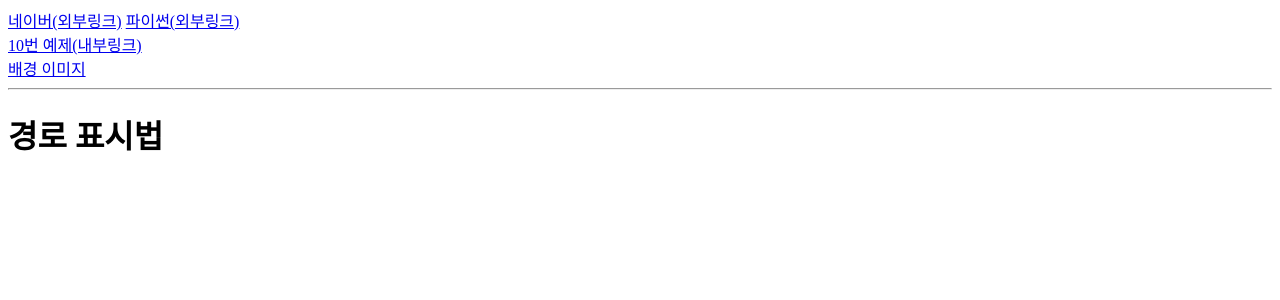
Repository: Chun0903/classStudy_github.io
Page: client/ClientTest/WebContent/ex11_link.html
The author's editor kept a copy of each file at every save. The page is drawn from the files as they stood at one save, then again after the next save.
The browser window is 1280 px wide. The pictures show the whole page.

Above is the page before, as saved 2020-06-19 02:06:06.

### client/ClientTest/WebContent/ex11_link.html
<!DOCTYPE html>
<html>
<head>
<meta charset="UTF-8">
<title>Insert title here</title>
</head>
<body>

	<!--

		링크, Link
		-<a> 태그, anchor(닻), link

		링크 속성
		- href: 이동할 URL, Reference a Hyperlink
			-href의 대상
				a. HTML 페이지
				b. 이미지
				c. 문서
				d. 압축 파일
				e. 동영상...


	 -->

	<a href="http://naver.com">네이버(외부링크)</a>
	<a href="http://python.org">파이썬(외부링크)</a>
	<br>
	<a href="ex10_list.html">10번 예제(내부링크)</a>
	<br>
	<a href="images/고양이2.jpg">배경 이미지</a>

	<hr>

	<h1>경로 표시법</h1>

	<!--

		1. 절대 경로
			- 어디에서 사용하던지 항상 기준이 같은 경로 표기변
		2. 상대 경로
			- 어디에서 사용하느냐에 따라 기준이 다른 경로 표기법
		3. 외부 경로
		4. 로컬 경로


	 -->

</body>
</html>

After the next save:
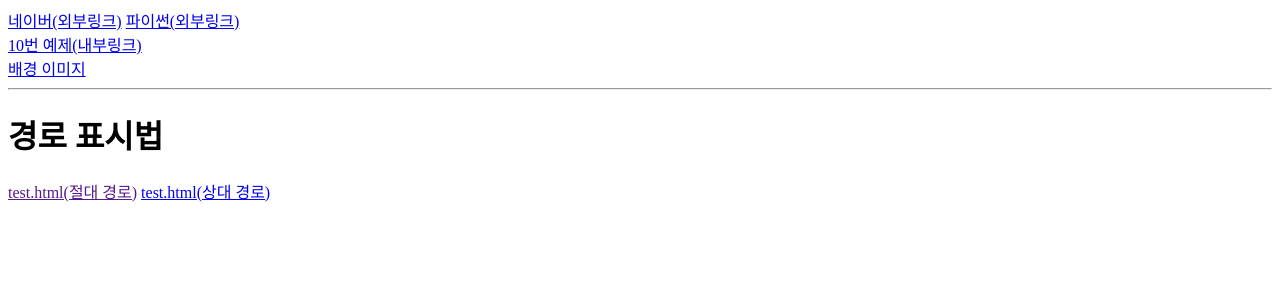
Saved 2 min 28 s later.
--- a/client/ClientTest/WebContent/ex11_link.html
+++ b/client/ClientTest/WebContent/ex11_link.html
@@ -40,11 +40,20 @@
 			- 어디에서 사용하던지 항상 기준이 같은 경로 표기변
 		2. 상대 경로
 			- 어디에서 사용하느냐에 따라 기준이 다른 경로 표기법
+			- 현재 페이지가 소속되어 있는 디렉토리를 기준으로 한다.
 		3. 외부 경로
 		4. 로컬 경로
+
+		경로 구분자
+		1. '\' : 파일 경로(드라이브명으로 시작)
+		2. '/' : 웹 경로(URL)
 
 
 	 -->
 
+	 <a href="">test.html(절대 경로)</a>
+	 <a href="./test.html">test.html(상대 경로)</a>
+
+
 </body>
 </html>
